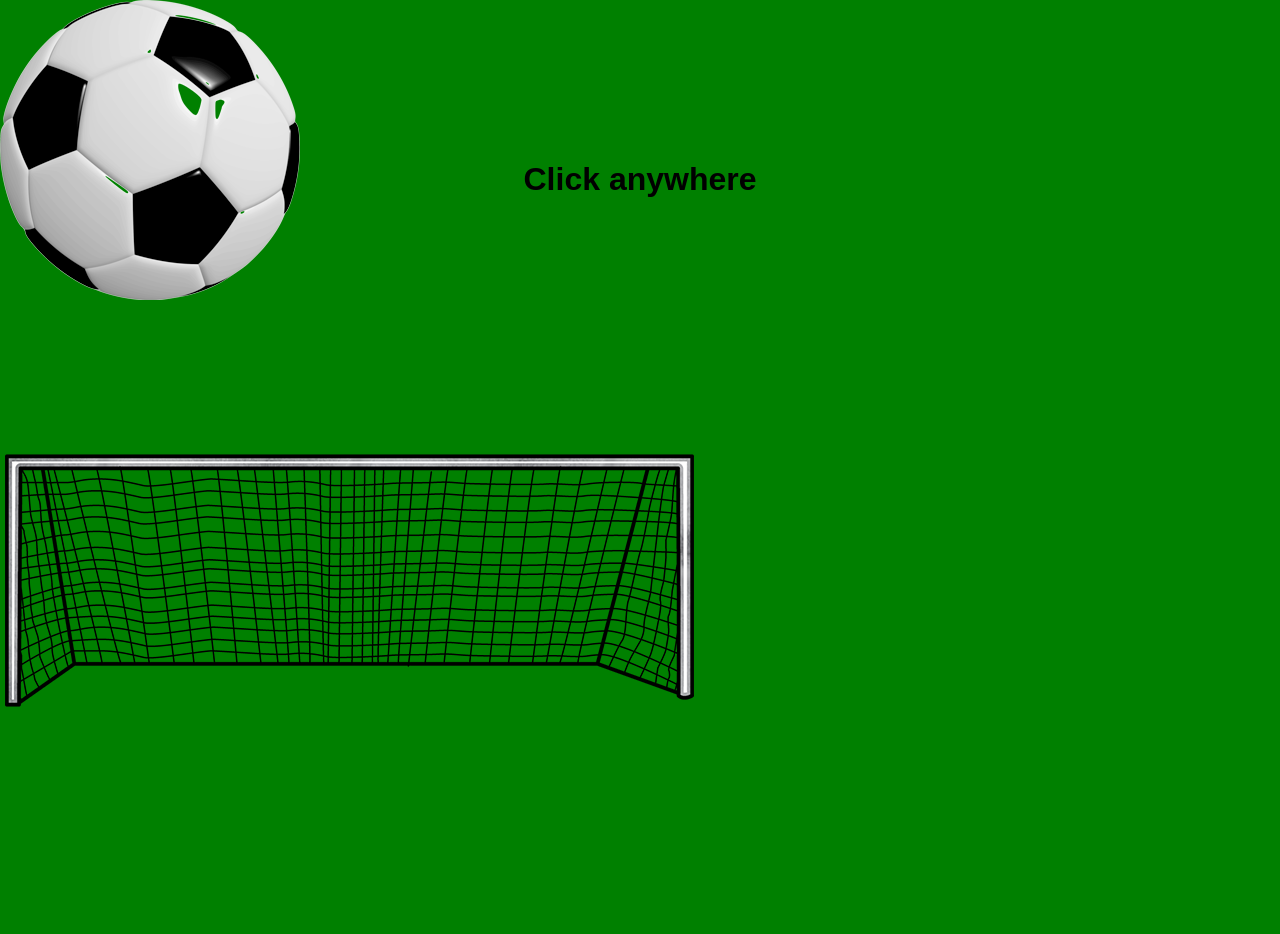
Repository: alexmaddux99/Lab3
Page: mouse-events.html
An editor plug-in stored every save of this project. The page is shown before and after the next save, followed by the edit.
The browser window is 1280 px wide. The pictures show the whole page.

Above is the page before, as saved 2022-03-06 17:00:30.

### mouse-events.html
<!DOCTYPE html>
<html lang="en">

<head>
    <meta charset="UTF-8">
    <meta http-equiv="X-UA-Compatible" content="IE=edge">
    <meta name="viewport" content="width=device-width, initial-scale=1.0">
    <title>Get the ball in the goal! Double Click the ball for a trick!</title>
    <style>
        body {
            background-color: green;
            margin:0;
            height:100vh;
        }

        .ball {
            height: 1px;
            width: 1px;
            transition: transform 1s;
        }

        p {
            margin-top: 10rem;
            text-align: center;
            font: bold 2rem sans-serif;
        }


    </style>
</head>

<body>


    <div id="dot" class="ball">
        <img src="/images/soccer.png" alt="Score a Goal!">
    </div>
    <p>Click anywhere</p>

    <img src="/images/goal.png" alt="GOAL!">


    <script>
        var dot = document.getElementById('dot');
        document.body.addEventListener('click', (e) => {
            console.log("Client: " , e.clientX , e.clientY)
            console.log("Page: " , e.pageX , e.pageY)
            console.log("Screen: " , e.screenX , e.screenY)
            console.log("Event Object: ", e);
            dot.style.transform = `translateY(${e.clientY - 25}px)`;
            dot.style.transform += `translateX(${e.clientX - 25}px)`;
            dot.style.opacity = 1;
        }, false);
    </script>
</body>

</html>

After the next save:
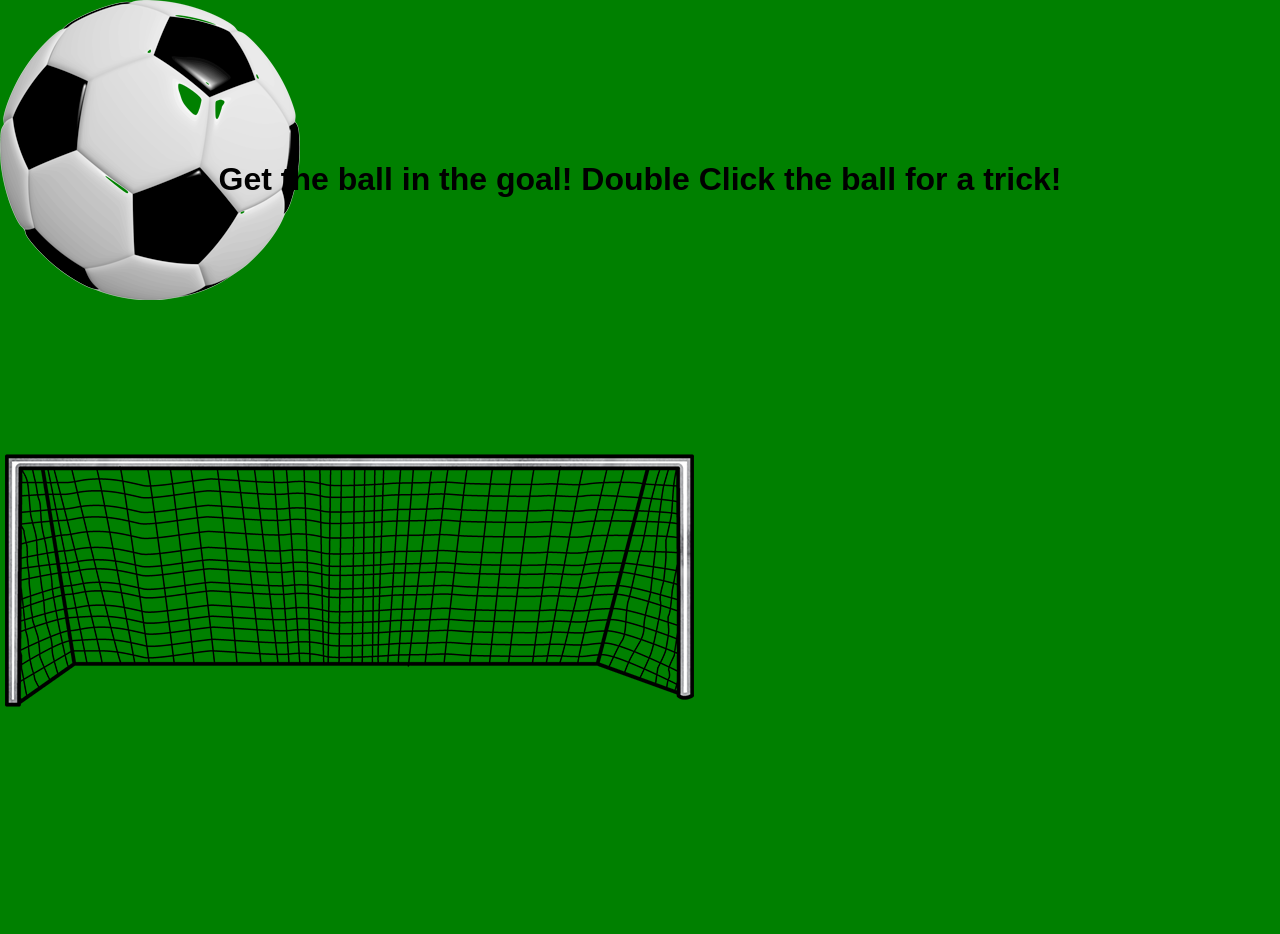
Saved 26 s later.
--- a/mouse-events.html
+++ b/mouse-events.html
@@ -5,7 +5,7 @@
     <meta charset="UTF-8">
     <meta http-equiv="X-UA-Compatible" content="IE=edge">
     <meta name="viewport" content="width=device-width, initial-scale=1.0">
-    <title>Get the ball in the goal! Double Click the ball for a trick!</title>
+    <title>GOAL!</title>
     <style>
         body {
             background-color: green;
@@ -35,7 +35,7 @@
     <div id="dot" class="ball">
         <img src="/images/soccer.png" alt="Score a Goal!">
     </div>
-    <p>Click anywhere</p>
+    <p>Get the ball in the goal! Double Click the ball for a trick!</p>
 
     <img src="/images/goal.png" alt="GOAL!">
 
